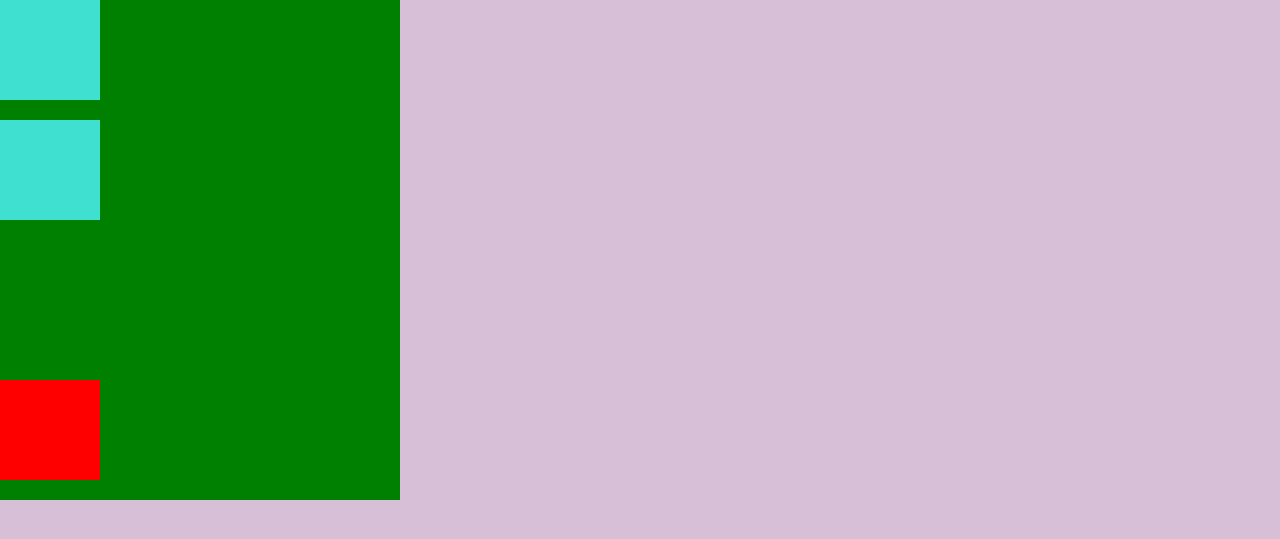
Repository: AytacSafarova/Task-12
Page: index.html
These files come from the project's save history. The page is drawn as it stood at one moment and after a run of saves; the edit follows.
The browser window is 1280 px wide. The pictures show the whole page.

Above is the page before, as saved 2023-08-16 16:08:46.

### index.html
<!DOCTYPE html>
<html lang="en">
<head>
  <meta charset="UTF-8">
  <meta name="viewport" content="width=device-width, initial-scale=1.0">
  <title>Document</title>
  <link rel="stylesheet" href="./index.css">
</head>
<body>
  <div class="container">
    <div class="box">

      <div class="child child-1"></div>
<div class="child child-2"></div>
<div class="child child-3"></div>
    </div>


  </div>
</body>
</html>

### index.css
*{
    margin: 0;
    padding: 0;
    box-sizing: border-box;
}
.container{
    width: 100%;
    height: 100vh;
    background-color: thistle;
}
.child{
    width: 100px;
    height: 100px;
    background-color: turquoise;
    margin-bottom: 20px;
}
.child-2{
    background-color: red;
    /* position: relative;
    z-index: 1; */
    position: absolute;
    bottom: 0;
}
/* static */
/* relative */
.child-3{
    /* position: relative;
    left: 20px;
    top: 30px; */
    /* position: relative;
    z-index: 1; */
}
.box{
    width: 400px;
    height: 500px;
    background-color: green;
    position: relative;
}

After the next 3 saves:
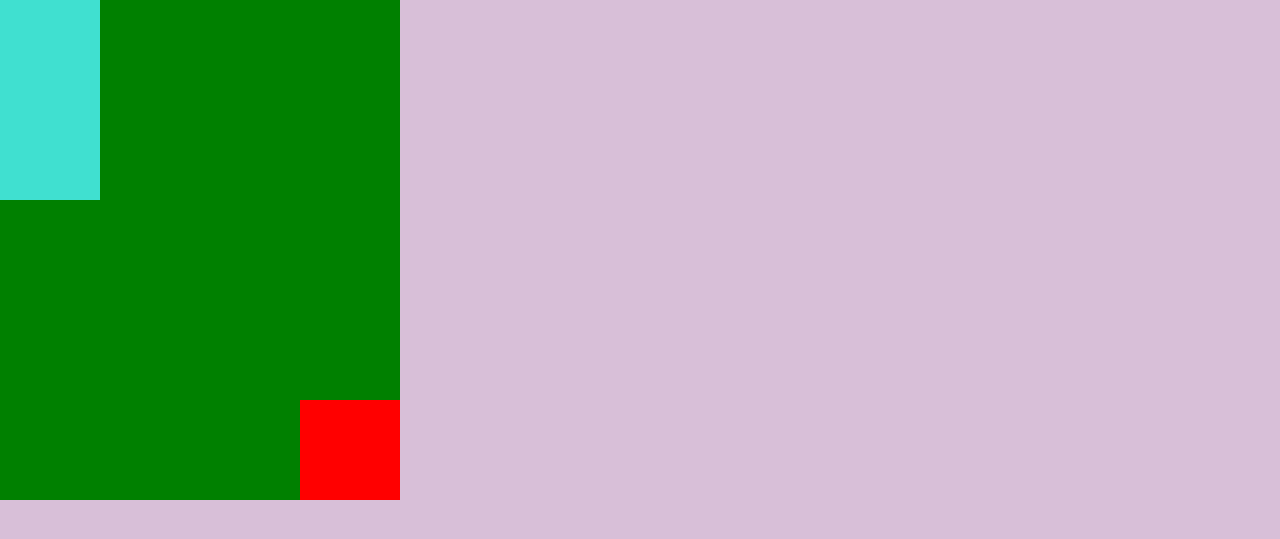
The 3 saves are shown as one change because they came seconds apart.
The last was saved 17 s later.
--- a/index.css
+++ b/index.css
@@ -12,7 +12,7 @@
     width: 100px;
     height: 100px;
     background-color: turquoise;
-    margin-bottom: 20px;
+    /* margin-bottom: 20px; */
 }
 .child-2{
     background-color: red;
@@ -20,6 +20,7 @@
     z-index: 1; */
     position: absolute;
     bottom: 0;
+    right: 0;
 }
 /* static */
 /* relative */
